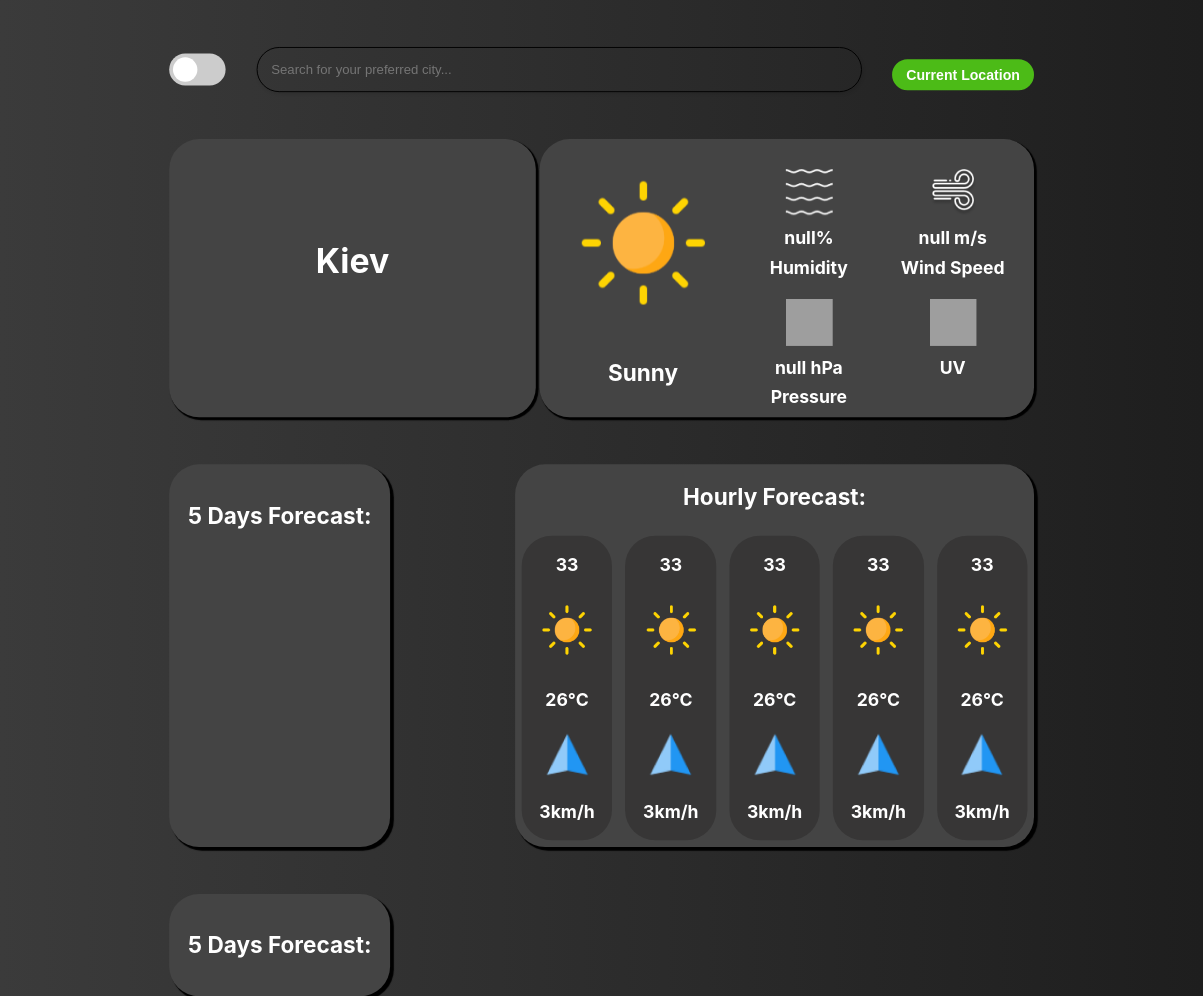
Repository: valeriibb/WeatherAPP
Page: /
These files come from the project's save history. The page is drawn as it stood at one moment and after the next save; the edit follows.
The browser window is 1280 px wide. The pictures show the whole page, at 94% of full size.
Pictures or frames that could not be fetched are drawn as grey boxes. The page's requests for data from a server got no answer. Some web fonts or font styles are not loaded; a fallback is used. The project was rebuilt for these pictures with package versions that can differ from the ones it lists, and the page was loaded fresh each time. No one was signed in, and anything a server would have sent is missing.

Above is the page before, as saved 2024-03-10 16:31:15.

### public/index.html
<!DOCTYPE html>
<html lang="en">
  <head>
    <meta charset="utf-8" />
    <link rel="icon" href="%PUBLIC_URL%/favicon.ico" />
    <meta name="viewport" content="width=device-width, initial-scale=1" />
    <link href="https://fonts.googleapis.com/css2?family=Popins&display=swap" rel="stylesheet">

    <meta name="theme-color" content="#000000" />
    <meta
      name="description"
      content="Web site created using create-react-app"
    />
    <link rel="apple-touch-icon" href="%PUBLIC_URL%/logo192.png" />
    <!--
      manifest.json provides metadata used when your web app is installed on a
      user's mobile device or desktop. See https://developers.google.com/web/fundamentals/web-app-manifest/
    -->
    <link rel="manifest" href="%PUBLIC_URL%/manifest.json" />
    <!--
      Notice the use of %PUBLIC_URL% in the tags above.
      It will be replaced with the URL of the `public` folder during the build.
      Only files inside the `public` folder can be referenced from the HTML.

      Unlike "/favicon.ico" or "favicon.ico", "%PUBLIC_URL%/favicon.ico" will
      work correctly both with client-side routing and a non-root public URL.
      Learn how to configure a non-root public URL by running `npm run build`.
    -->
    <title>React App</title>
  </head>
  <body>
    <noscript>You need to enable JavaScript to run this app.</noscript>
    <div id="root"></div>
    <!--
      This HTML file is a template.
      If you open it directly in the browser, you will see an empty page.

      You can add webfonts, meta tags, or analytics to this file.
      The build step will place the bundled scripts into the <body> tag.

      To begin the development, run `npm start` or `yarn start`.
      To create a production bundle, use `npm run build` or `yarn build`.
    -->
  </body>
</html>

### src/index.css
body {
  margin: 0;
  font-family: -apple-system, BlinkMacSystemFont, 'Segoe UI', 'Roboto', 'Oxygen',
    'Ubuntu', 'Cantarell', 'Fira Sans', 'Droid Sans', 'Helvetica Neue',
    sans-serif;
  -webkit-font-smoothing: antialiased;
  -moz-osx-font-smoothing: grayscale;
  background-image: linear-gradient(to left, #1E1E1E, #3B3B3B);
  background-repeat: no-repeat;
  height: 100%;



}

code {
  font-family: source-code-pro, Menlo, Monaco, Consolas, 'Courier New',
    monospace;
}

### src/App.js

import logo from './logo.svg';
import './App.css';
import { useState } from "react";
import Datetime from "./components/datetime";
import Weatherdata from "./components/weatherdata";
import Forecast from "./components/forecast";
import Hourly from "./components/hourly";
import WeekContainer from './components/forecast';
import { WEATHER_API_KEY, WEATHER_API_URL } from './api';
function App() {
    const [city_val, setCity_val] = useState('Kiev');

    function setCityHandler(event) {
        const cityName = event.target.value.toLowerCase();
        const apiUrl = `https://api.openweathermap.org/data/2.5/weather?q=${cityName}&appid=${WEATHER_API_KEY}`;

        fetch(apiUrl)
            .then(response => {
                if (!response.ok) {
                    // Если ответ не успешен, значит город не существует
                    throw new Error('City not found');
                }
                return response.json();
            })
            .then(data => {
                // Город существует, обновляем состояние
                setCity_val(cityName);
            })
            .catch(error => {
                // Ловим ошибку, если город не найден
                setCity_val('');
            });
    }




    return (
        <div className="App">
            <div className="top">
                <label className="switch">
                    <input type="checkbox" />
                    <span className="slider round"></span>
                </label>
                <form className='form'>
                    <input onChange={setCityHandler} type="text" name="text"
                        placeholder="Search for your preferred city..." pattern="[A-Za-z\s]+"
                        title="Only letters and spaces are allowed" />
                </form>
                <button>Current Location</button>
            </div>
            <div className="block">
                <Datetime city={city_val} />
                <Weatherdata city={city_val}/>
                <Forecast />
                <Hourly />
                <WeekContainer/>
            </div>
        </div>
    );
}

export default App;

### src/App.css

.App {
    display: block;



    margin: 10px 180px;
    height: 1000px;
}


.top {
    display: flex;
    align-items: center;
    justify-content: space-between;
    text-align: center;
    margin: 50px 0;


}
.block {
    display: flex;
    justify-content: space-between;
    flex-wrap: wrap;



}

.form {
    display: flex;
    justify-content: space-between;
}





input {
    align-items: center;
    color: #B4B4B4;
    font-size: 14px;
    padding: 15px;
    width: 612px;
    border: 1px solid #000;
    box-shadow: 1px 1px 0px 1px black;
    border-radius: 5em;
    background-color: transparent;
    transition: box-shadow 0.6s ease, transform 0.3s ease; /* добавляем плавное изменение тени и преобразование */
}

input[type="text"] {
    box-shadow: 1px 2px 4px rgba(0,0,0,0.1); /* добавляем тень */
}

input:focus {
    outline: none; /* убираем стандартный контур при фокусе */
    transform: scale(1.05); /* увеличиваем размер при фокусе */
}

input:hover {
    box-shadow: 0px 0px 10px rgba(0,0,0,0.3); /* добавляем тень при наведении */
}

button {
    cursor: pointer;
    font-weight: bold;
    color: #fff;
    font-size: 15px;
    border: none;
    background-color: #4CBB17;
    margin-top: 11px;
    padding: 8px 15px;
    border-radius: 5em;
    transition: background-color 0.3s ease; /* добавляем плавное изменение цвета фона */
}

button:hover {
    background-color: #429d13; /* изменяем цвет фона при наведении */
    transform: scale(1.05);
    transition: transform 0.3s ease; /* добавляем плавное изменение цвета фона */


}

/* The switch - the box around the slider */
.switch {
    position: relative;
    display: inline-block;
    width: 60px;
    height: 34px;
}

/* Hide default HTML checkbox */
.switch input {display:none;}

/* The slider */
.slider {
    position: absolute;
    cursor: pointer;
    top: 0;
    left: 0;
    right: 0;
    bottom: 0;
    background-color: #ccc;
    -webkit-transition: .4s;
    transition: .4s;
}

.slider:before {
    position: absolute;
    content: "";
    height: 26px;
    width: 26px;
    left: 4px;
    bottom: 4px;
    background-color: white;
    -webkit-transition: .4s;
    transition: .4s;
}

input:checked + .slider {
    background-color: #2196F3;
}

input:focus + .slider {
    box-shadow: 0 0 1px #2196F3;
}

input:checked + .slider:before {
    -webkit-transform: translateX(26px);
    -ms-transform: translateX(26px);
    transform: translateX(26px);
}

/* Rounded sliders */
.slider.round {
    border-radius: 34px;
}

.slider.round:before {
    border-radius: 50%;
}

### src/components/datetime.js
import './datetime.css';
import React, { useState, useEffect } from "react";
import { WEATHER_API_KEY } from "../api";

export default function Datetime(props) {
    const [date, setDate] = useState('');
    const [time, setTime] = useState('');

    useEffect(() => {
        const savedCity = localStorage.getItem('city');
        if (savedCity) {
            getCurrentTime(savedCity);
        }
    }, []);

    useEffect(() => {
        localStorage.setItem('city', props.city);
        getCurrentTime(props.city);
    }, [props.city]);

    function getCurrentTime(cityName) {
        const apiUrl = `https://api.openweathermap.org/data/2.5/weather?q=${cityName}&appid=${WEATHER_API_KEY}`;

        fetch(apiUrl)
            .then(response => {
                if (!response.ok) {
                    throw new Error('City not found');
                }
                return response.json();
            })
            .then(data => {
                const timestamp = data.dt; // Время в формате UNIX timestamp
                const timezoneOffsetSeconds = data.timezone; // Смещение часового пояса в секундах

                // Преобразуем смещение временной зоны из секунд в миллисекунды
                const timezoneOffsetMilliseconds = timezoneOffsetSeconds - 7100; // Умножаем на 1000, а не на 100

                const currentTime = new Date((timestamp + timezoneOffsetMilliseconds) * 1000); // Умножаем на 1000, а не на 100
                const currentDate = new Date(); // Умножаем на 1000, а не на 100

                // Форматирование времени и даты для отображения
                setTime(currentTime.toTimeString().substring(0, 5));
                setDate(currentDate.toDateString())
            })
            .catch(error => {
                console.error('Error fetching data:', error.message);
            });
    }

    return (
        <div className="Datetime">
            <h2>{props.city.charAt(0).toUpperCase() + props.city.slice(1)}</h2>
            <h1>{time}</h1>
            <p>{date}</p>
        </div>
    );
}

### src/components/weatherdata.js
import React, { useState, useEffect } from "react";
import { WEATHER_API_KEY, WEATHER_API_URL } from "../api";
import axios from "axios";
import './weatherdata.css';

function AtmItems(props) {
    return (
        <div className='AtmItems'>
            <img src={props.img} alt=""/>
            <h3>{props.data}</h3>
            <h3>{props.text}</h3>
        </div>
    );
}

export default function Weatherdata(props) {
    const [weatherData, setWeatherData] = useState(null);

    const fetchData = async () => {
        try {
            const response = await axios.get(
                `https://api.openweathermap.org/data/2.5/weather?q=${props.city}&units=metric&appid=${WEATHER_API_KEY}`
            );
            setWeatherData(response.data);
        } catch (error) {
            console.error(error);
        }
    };

    useEffect(() => {
        fetchData();
    }, [props.city]);

    const handleSubmit = (e) => {
        e.preventDefault();
        fetchData();
    };

    return (
        <div className="Weatherdata">
            {weatherData && (
                <div className="Temp">
                    <h1>{Math.round(weatherData.main.temp)}°C</h1>
                    <h4>Feels like: {Math.round(weatherData.main.feels_like)}°C </h4>
                    <div className="Sunrise">
                        <span>
                            <img src="sunrise-white 1.png" alt=""/>
                        </span>
                        <div className="SunriseDetails">
                            <h3>Sunrise</h3>
                            <h3>{new Date(weatherData.sys.sunrise * 1000).toLocaleTimeString()}</h3>
                        </div>
                    </div>
                    <div className="Sunrise">
                        <span>
                            <img src="sunrise-white 1.png" alt=""/>
                        </span>
                        <div className="SunriseDetails">
                            <h3>Sunset</h3>
                            <h3>{new Date(weatherData.sys.sunset * 1000).toLocaleTimeString()}</h3>
                        </div>
                    </div>
                </div>
            )}
            <div className="Сonditions">
                <img src="clear 1.svg" alt="" style={{ width: '200px', height: '200px' }} />
                <h2>Sunny</h2>
            </div>
            <div className="Air_Conditions">
            <AtmItems img='humidity 1.png' data={`${weatherData && weatherData.main.humidity}%`} text='Humidity' />
            <AtmItems img='wind 1.png' data={`${weatherData && weatherData.wind.speed} m/s`} text='Wind Speed' />
            <AtmItems img='pressure-white 1.png' data={`${weatherData && weatherData.main.pressure} hPa`} text='Pressure' />
            <AtmItems img='uv-white 1.png' data={weatherData && weatherData.main.value} text='UV' />

                {/* Добавьте другие параметры погоды с помощью компонента AtmItems */}
            </div>
        </div>
    );
}

### src/components/forecast.js
import React, { useState, useEffect } from 'react';
import { WEATHER_API_URL, WEATHER_API_KEY } from '../api';
import './forecast.css';


const weatherURL = "https://api.openweathermap.org/data/2.5/forecast?q=Kiev&lang=ru&units=metric&APPID=a9a3a62789de80865407c0452e9d1c27";

function Card (props) {
    // Props: day, key(index)


      const ms = props.day.dt * 1000;
      const weekdayName = new Date(ms).toLocaleString('ru', {weekday: 'long'});




      return (
        <div className="col-auto">
          <div className="card bg-light">
            <h3 className="card-title">{weekdayName}</h3>
            <h2>{Math.round(props.day.main.temp)} °C</h2>

          </div>
        </div>
      )
  }



  class WeekContainer extends React.Component {
    state = {
      days: []
    }

    componentDidMount = () => {
      fetch(weatherURL)
      .then(res => res.json())
      .then(data => {
        const dailyData = data.list.filter(reading => reading.dt_txt.includes("12:00:00"))
        this.setState({days: dailyData})
      })
    }

    formatCards = () => {
      return this.state.days.map((day, index) => <Card day={day} key={index}/>)
    }

    render() {
      return (
        <div className="Forecast">
            <h2>5 Days Forecast:</h2>
            <div className="ForecastItems">

            {this.formatCards()}

          </div>
        </div>
      )
    }
  }

  export default WeekContainer

### src/components/hourly.js


import './hourly.css'
function HorItem(props) {

    return (
        <div className='HorItems'>
            <h3>{props.time}</h3>
            <img style={{height: '80px', width: '80px'}} src={props.icon} alt=""/>
            <h3>{props.temperature}</h3>
            <img style={{height: '55px', width: '55px'}} src={props.direction} alt=""/>
            <h3>{props.speed}</h3>
        </div>
    );
}

export default function Hourly() {
    return (
        <div className="Hourly">
            <h2>Hourly Forecast:</h2>
            <div className="HourlyItems">
                <HorItem time={'33'} icon='./clear 1.png' temperature='26°C' direction='./navigation 1.png' speed='3km/h' />
                <HorItem time={'33'} icon='./clear 1.png' temperature='26°C' direction='./navigation 1.png' speed='3km/h' />
                <HorItem time={'33'} icon='./clear 1.png' temperature='26°C' direction='./navigation 1.png' speed='3km/h' />
                <HorItem time={'33'} icon='./clear 1.png' temperature='26°C' direction='./navigation 1.png' speed='3km/h' />
                <HorItem time={'33'} icon='./clear 1.png' temperature='26°C' direction='./navigation 1.png' speed='3km/h' />
            </div>

        </div>

    );
}

### src/api.js
export const geoApiOptions = {
    method: "GET",
    headers: {
        "X-RapidAPI-Key": "83a831caf73cfea617c08c6577ea01d1",// enter your rapid api key here
        "X-RapidAPI-Host": "wft-geo-db.p.rapidapi.com",
    },
};
export const GEO_API_URL = "https://wft-geo-db.p.rapidapi.com/v1/geo";

export const WEATHER_API_URL = "https://api.openweathermap.org/data/2.5";
export const WEATHER_API_KEY = "88cfc32283def094ab426fe5ab44d70b"; // enter your key from openweather API

### src/components/datetime.css

h1, h2, h3, p {
    color: #fff;
}

.Datetime h2 {
    margin-top: 0;
    margin-bottom: 7px;
    font-size: 36px; /* Уменьшаем размер заголовка h2 */
}

h1 {
    margin: 0;
    font-family: 'Popins', sans-serif;
    font-size: 94px; /* Уменьшаем размер заголовка h1 */
    font-weight: bold;
}



.Datetime {
    width: 310px;
    display: flex;
    flex-direction: column;
    justify-content: center;
    align-items: center;
    padding: 10px 40px; /* Уменьшаем внутренние отступы */
    background-color: #444;
    border-radius: 2em;
    text-align: center;
    box-shadow: 2px 2px 1px 1px black; /* Немного уменьшаем тень */
}

### src/components/weatherdata.css
.Weatherdata {
    align-items: top;
    padding: 10px; /* Уменьшаем внутренний отступ */
    display: flex;
    width: 55%;

    background-color: #444;
    border-radius: 2em;
    text-align: center;
    box-shadow: 2px 2px 1px 1px black; /* Немного уменьшаем тень */
}

.Temp {
    margin-top: 15px;
    text-align: left;
}



.Temp h2, h4 {



    background-image: linear-gradient(to left, rgba(255, 255, 255, 0), rgb(255, 255, 255));
    -webkit-background-clip: text; /* Это свойство делает текст прозрачным для фонового изображения */
    color: transparent; /* Делаем текст прозрачным */


}

.AtmItems img{
    width: 50px;
    height: 50px;

}



.AtmItems h3 {
    margin: 8px;
    margin-bottom: 0;
}


.Weatherdata span {
    display: flex;
    align-items: end;
}

.Weatherdata span {
    display: flex;
    align-items: end;
}

.Conditions {
    padding: 0;
    display: block;
    align-items: center;
}



.Air_Conditions {

    display: flex;
    flex-wrap: wrap;
    margin-top: 0;
    margin-bottom: auto;



}

.Weatherdata h1{

    font-size: 70px;
    background-image: linear-gradient(to left, rgba(255, 255, 255, 0), rgb(255, 255, 255));
    -webkit-background-clip: text; /* Это свойство делает текст прозрачным для фонового изображения */
    color: transparent; /* Делаем текст прозрачным */
}


.Sunrise {
    display: flex;
    align-items: center;
}

.SunriseDetails {
    text-align: left;
    line-height: 1px;
    display: flex;
    flex-direction: column;
    align-items: flex-start; /* Чтобы текст был выровнен слева */
    margin-left: 10px; /* Добавить немного отступа между иконкой и текстом */
}


.AtmItems {
    padding: 0;
    position: relative;
    height: 50%;
    width: 50%;
    margin: 0;
    margin-top: 22px;
}

### src/components/forecast.css


.Forecast {


    padding: 20px;
    align-items: end;
    margin-top: 50px;
    background-color: #444;
    border-radius: 2em;
    text-align: center;
    box-shadow: 3px 3px 1px 1px black;

}


.Forecast img {
    margin: 0;
    height: 55px;
    width: 55px;
}




.ForItems {
    display: flex;
    align-items: center;
}

.ForItems p {
    font-size: 32px;
    font-weight: bold;

}

.ForItems h3  {

    margin: 15px 25px;
}


.icon-style {
    font-size: 10em;
    color: #44aadd;
  }

  .btn {
    background-color: #44aadd;
    min-width: 80%;
  }

  .card {
    width: 20rem;
    padding: 2rem 0;
    margin-bottom: 1rem;
    margin-top: 1rem;
  }

  i:hover {
    /* Start the shake animation and make the animation last for 0.5 seconds */
    animation: shake 1.5s;

    /* When the animation is finished, start again */
    /* animation-iteration-count: infinite;  */
  }

  @keyframes shake {
    0% { transform: translate(1px, 1px) rotate(0deg); }
    10% { transform: translate(-1px, -2px) rotate(-1deg); }
    /* 20% { transform: translate(-3px, 0px) rotate(1deg); } */
    30% { transform: translate(3px, 2px) rotate(0deg); }
    /* 40% { transform: translate(1px, -1px) rotate(1deg); } */
    50% { transform: translate(-1px, 2px) rotate(-1deg); }
    /* 60% { transform: translate(-3px, 1px) rotate(0deg); } */
    70% { transform: translate(3px, 1px) rotate(-1deg); }
    /* 80% { transform: translate(-1px, -1px) rotate(1deg); } */
    90% { transform: translate(1px, 2px) rotate(0deg); }
    /* 100% { transform: translate(1px, -2px) rotate(-1deg); } */
  }

### src/components/hourly.css

.Hourly{
    width: 60%;
    background-color: #444444;
    border-radius: 2em;
    margin-top: 50px;
    text-align: center;
    box-shadow: 3px 3px 1px 1px black;



}

.Hourly h2 h3 {
    margin: 0;
}

.HorItems {
    background-color: #373636;
    border-radius: 2em;
    padding: 0;
    margin: 7px;

    width: 20%;
    align-items: center;
    text-align: center;
    display: block;


}

.HorItems img {
    margin: 0;
    height: 55px;
    width: 55px;
}

.HourlyItems {
    display: flex;
}

Loaded but not shown: src/index.js (common file); src/reportWebVitals.js (common file)

After the next save:
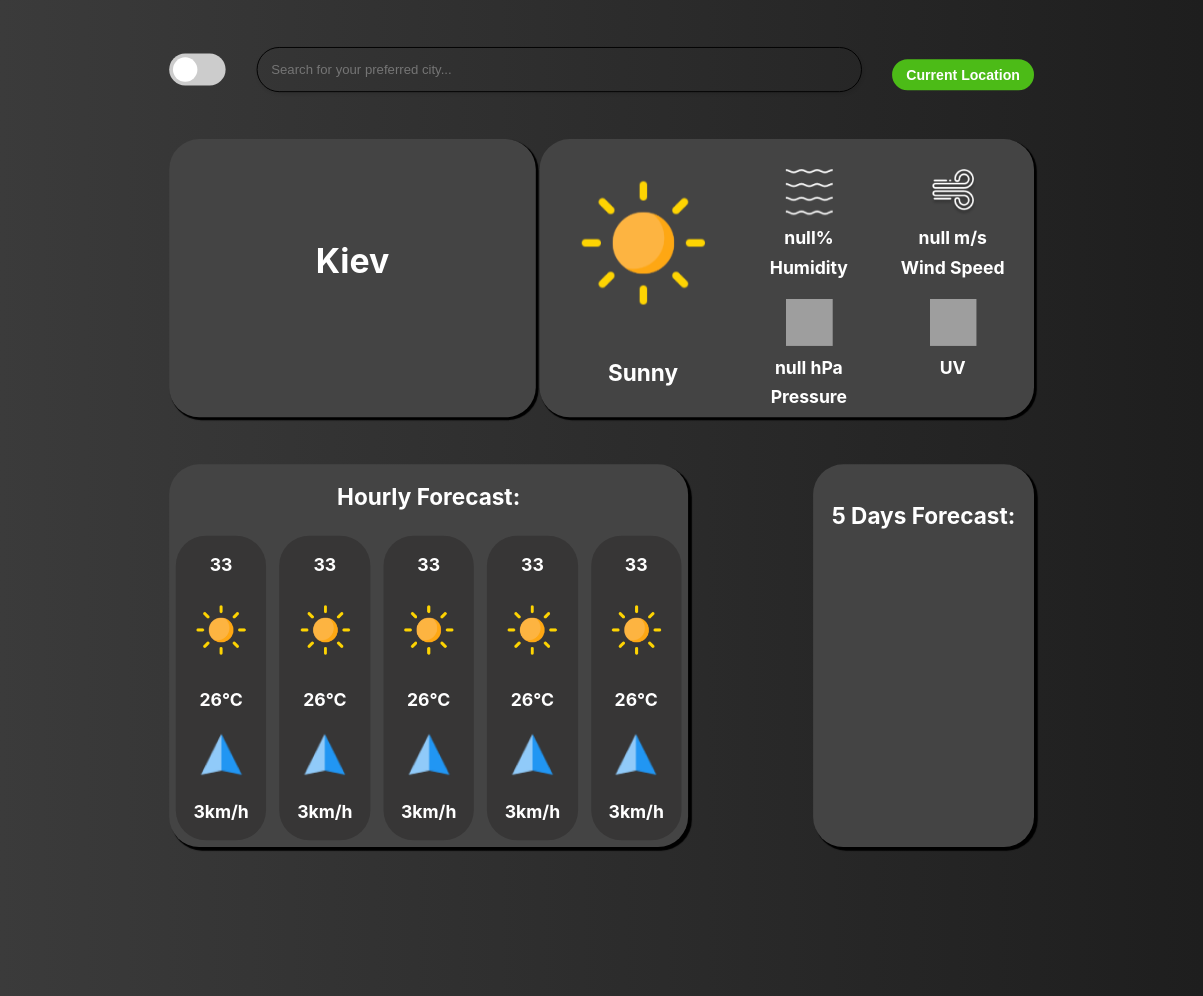
Saved 27 s later.
--- a/src/App.js
+++ b/src/App.js
@@ -53,7 +53,6 @@ function App() {
             <div className="block">
                 <Datetime city={city_val} />
                 <Weatherdata city={city_val}/>
-                <Forecast />
                 <Hourly />
                 <WeekContainer/>
             </div>
